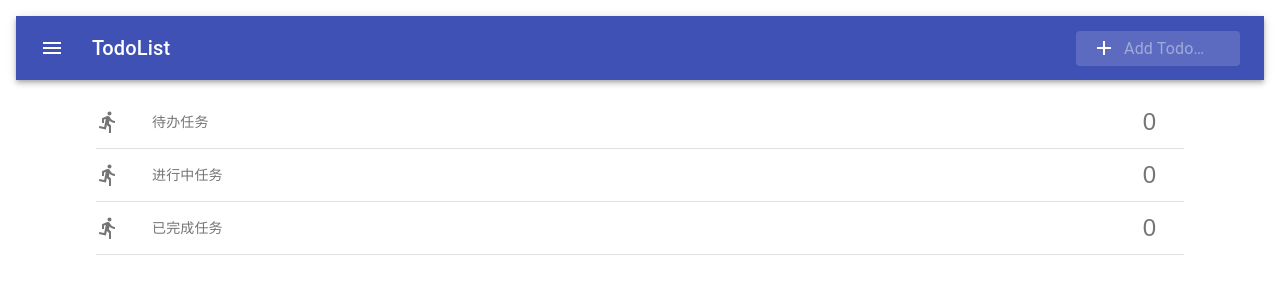
Repository: harperl71/TodoList
Page: /
An editor plug-in stored every save of this project. The page is shown before and after the next save, followed by the edit.
The browser window is 1280 px wide. The pictures show the whole page.
The project was rebuilt for these pictures with package versions that can differ from the ones it lists, and the page was loaded fresh each time. Also part of the build but not shown: src/components/content/task-item/index.tsx.

Above is the page before, as saved 2021-05-21 09:08:11.

### src/App.tsx
import React from "react";
import Header from "./components/header";
import Content from "./components/content";
import Footer from "./components/footer";
import Myprovider from "./context";

function App() {
  return (
    <div className="APP">
      <Myprovider>
        <Header />
        <Content />
        <Footer />
      </Myprovider>
    </div>
  );
}

export default App;

### src/components/header/index.tsx
import React, { useContext } from "react";
import { MyContext } from "../../context";
import AppBar from "@material-ui/core/AppBar";
import Toolbar from "@material-ui/core/Toolbar";
import IconButton from "@material-ui/core/IconButton";
import Typography from "@material-ui/core/Typography";
import InputBase from "@material-ui/core/InputBase";
import { makeStyles, fade } from "@material-ui/core/styles";
import MenuIcon from "@material-ui/icons/Menu";
import AddIcon from "@material-ui/icons/Add";

const useStyles = makeStyles((theme) => ({
  header: {
    margin: theme.spacing(2),
    justifyContent: "space-between",
  },
  listButton: {
    marginRight: theme.spacing(2),
  },
  title: {
    flexGrow: 1,
    display: "none",
    [theme.breakpoints.up("sm")]: {
      display: "block",
    },
  },
  search: {
    position: "relative",
    borderRadius: theme.shape.borderRadius,
    backgroundColor: fade(theme.palette.common.white, 0.15),
    "&:hover": {
      backgroundColor: fade(theme.palette.common.white, 0.25),
    },
    marginLeft: 0,
    width: "100%",
    [theme.breakpoints.up("sm")]: {
      marginLeft: theme.spacing(1),
      width: "auto",
    },
  },
  addIcon: {
    padding: theme.spacing(0, 2),
    height: "100%",
    position: "absolute",
    pointerEvents: "none",
    display: "flex",
    alignItems: "center",
    justifyContent: "center",
  },
  inputRoot: {
    color: "inherit",
  },
  inputInput: {
    padding: theme.spacing(1, 1, 1, 0),
    // vertical padding + font size from searchIcon
    paddingLeft: `calc(1em + ${theme.spacing(4)}px)`,
    transition: theme.transitions.create("width"),
    width: "100%",
    [theme.breakpoints.up("sm")]: {
      width: "12ch",
      "&:focus": {
        width: "20ch",
      },
    },
  },
}));

export default function SearchAppBar() {
  const classes = useStyles();
  const { Add } = useContext(MyContext);

  const enterPress = (evt: React.SyntheticEvent) => {
    if (
      (evt as KeyboardEventInit).code === "Enter" &&
      (evt.target as HTMLInputElement).value !== ""
    ) {
      Add((evt.target as HTMLInputElement).value);
      (evt.target as HTMLInputElement).value = "";
    }
  };

  return (
    <div className={classes.header}>
      <AppBar position="static">
        <Toolbar>
          <IconButton
            edge="start"
            className={classes.listButton}
            color="inherit"
            aria-label="open drawer"
          >
            <MenuIcon />
          </IconButton>
          <Typography className={classes.title} variant="h6" noWrap>
            TodoList
          </Typography>
          <div className={classes.search}>
            <div className={classes.addIcon}>
              <AddIcon />
            </div>
            <InputBase
              placeholder="Add Todo…"
              required
              classes={{
                root: classes.inputRoot,
                input: classes.inputInput,
              }}
              onKeyPress={enterPress}
            />
          </div>
        </Toolbar>
      </AppBar>
    </div>
  );
}

### src/components/content/index.tsx
import React, { Fragment } from "react";
import TaskList from "./task-list";
import { makeStyles } from "@material-ui/core";

const useStyles = makeStyles((theme) => ({
  content: {
    margin: theme.spacing(0, 6),
    justifyContent: "center",
  },
}));

const Content = () => {
  const classes = useStyles();
  return (
    <div className={classes.content}>
      <Fragment>
        <TaskList title="待办任务" status="todo" />
        <TaskList title="进行中任务" status="doing" />
        <TaskList title="已完成任务" status="done" />
      </Fragment>
    </div>
  );
};

export default Content;

### src/components/footer/index.tsx
import React from "react";

const Footer = () => {
  return <div className="footer"></div>;
};

export default Footer;

### src/context/index.tsx
import React, { createContext, useState } from "react";

export interface TodoProps {
  id: number;
  text: string;
  status: string;
}

export interface ContextProps {
  todoList: TodoProps[];
  Add: (item: string) => void;
  Delete: (id: number) => void;
  Remove: (index: number, status: string) => void;
  Clear: () => void;
}

export const MyContext = createContext({} as ContextProps);

const Myprovider = (props: React.PropsWithChildren<{}>) => {
  const [todoList, setList] = useState<TodoProps[]>([]);

  const Add = (item: string) => {
    const listItem = {
      id: new Date().getTime(),
      text: item,
      status: "todo",
    };
    setList([...todoList, listItem]);
  };
  //console.log(...todoList);

  const Delete = (id: number) => {
    setList(todoList.filter((item) => item.id !== id));
  };

  const Remove = (index: number, status: string) => {
    if (status === "todo") {
      const listItem = Object.assign({}, todoList[index], {
        status: "doing",
      });
      const list = todoList.splice(index, 1);
      setList([...list, listItem]);
    }
    if (status === "doing") {
      const listItem = Object.assign({}, todoList[index], {
        status: "done",
      });
      const list = todoList.splice(index, 1);
      setList([...list, listItem]);
    }
  };

  const Clear = () => setList([]);

  return (
    <MyContext.Provider value={{ todoList, Add, Delete, Remove, Clear }}>
      {props.children}
    </MyContext.Provider>
  );
};

export default Myprovider;

### src/components/content/task-list/index.tsx
import React, { useContext } from "react";
import TaskItem from "../task-item";
import { MyContext } from "../../../context";
import {
  makeStyles,
  List,
  ListItem,
  ListItemIcon,
  ListItemText,
  Divider,
  IconButton,
} from "@material-ui/core";
import DirectionsRunIcon from "@material-ui/icons/DirectionsRun";

const useStyles = makeStyles((theme) => ({
  root: {
    margin: theme.spacing(0, 6),
    justifyContent: "space-between",
  },
  listTitle: {
    justifyContent: "center",
  },
  listHeader: {
    padding: 0,
  },
  list: {
    padding: 0,
  },
  listnum: {
    marginRight: theme.spacing(2),
  },
}));

interface Iprops {
  title: string;
  status: string;
}

const TaskList = ({ title, status }: Iprops) => {
  const classes = useStyles();

  const { todoList } = useContext(MyContext);
  //console.log(todoList);

  return (
    <div className={classes.root}>
      <section className={classes.listTitle} id={title}>
        <List
          className={classes.list}
          component="nav"
          aria-label="main mailbox folders"
        >
          <ListItem className={classes.listHeader} button>
            <ListItemIcon>
              <DirectionsRunIcon />
            </ListItemIcon>
            <ListItemText secondary={title} />
            <IconButton className={classes.listnum} aria-label="list-num">
              {
                todoList.filter((item) => {
                  return item.status === status;
                }).length
              }
            </IconButton>
          </ListItem>
          <Divider />
        </List>
      </section>
      <section className={title}>
        {todoList
          .filter((item) => {
            return item.status === status;
          })
          .map((item) => {
            return <TaskItem />;
          })}
      </section>
    </div>
  );
};

export default TaskList;

Loaded but not shown: public/index.html (common file); src/index.tsx (common file); src/index.css (common file); src/reportWebVitals.ts (common file)

After the next save:
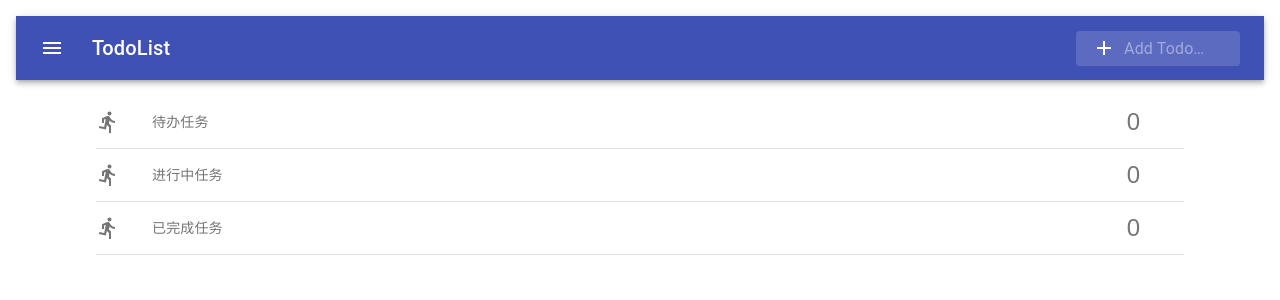
Saved 25 s later.
--- a/src/components/content/task-list/index.tsx
+++ b/src/components/content/task-list/index.tsx
@@ -27,7 +27,7 @@ const useStyles = makeStyles((theme) => ({
     padding: 0,
   },
   listnum: {
-    marginRight: theme.spacing(2),
+    marginRight: theme.spacing(4),
   },
 }));
 
